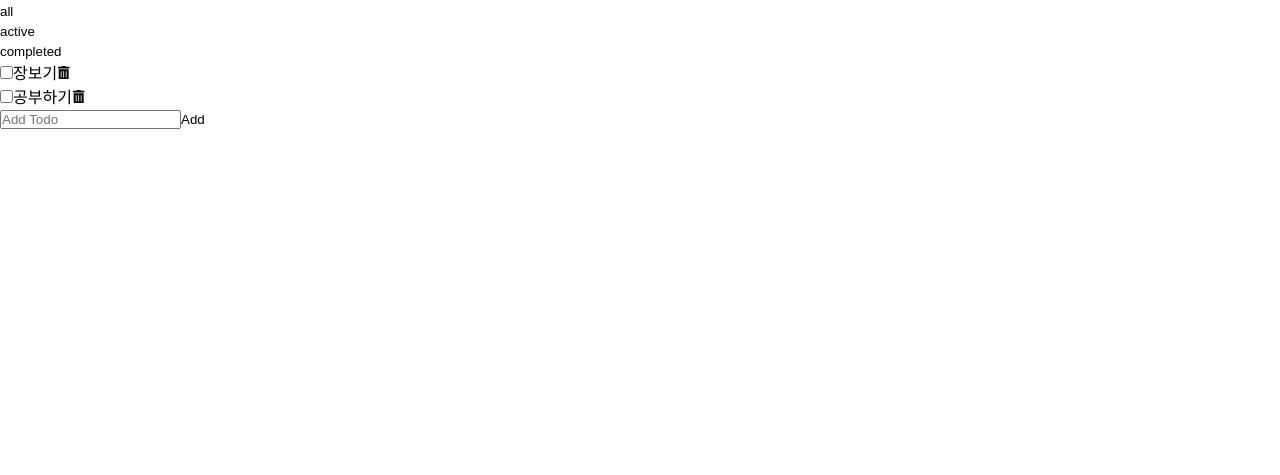
Repository: MrJinkyu/TodoList
Page: /
These files come from the project's save history. The page is drawn as it stood at one moment and after the next save; the edit follows.
The browser window is 1280 px wide. The pictures show the whole page.
The project was rebuilt for these pictures with package versions that can differ from the ones it lists, and the page was loaded fresh each time.

Above is the page before, as saved 2023-05-01 14:31:14.

After the next save:
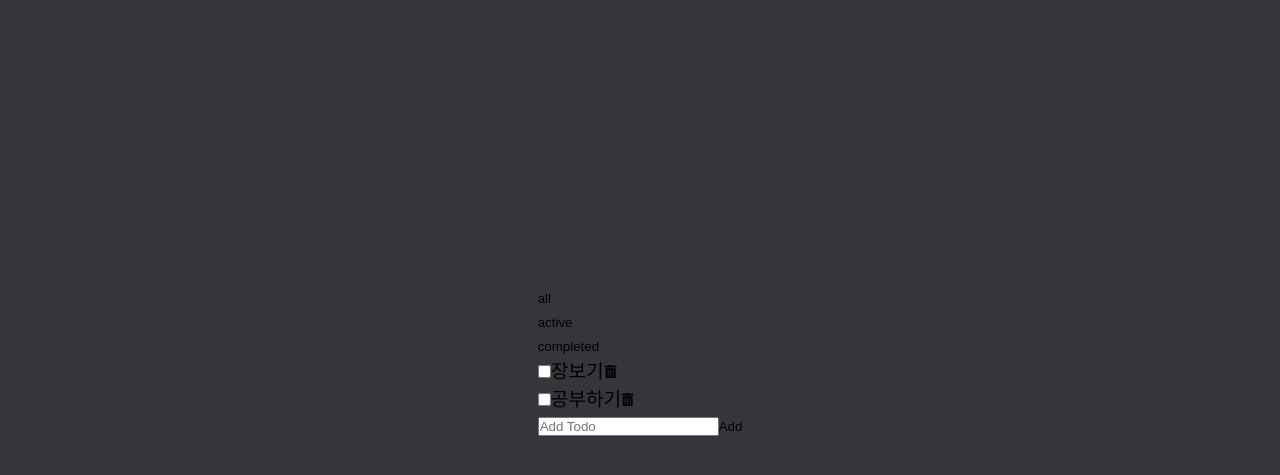
Saved 51 s later.
--- a/src/index.css
+++ b/src/index.css
@@ -1,3 +1,14 @@
+:root{
+  --color-body: #35363A;
+  --color-bg-dark:#f5f5f5;
+  --color-bg: #fdfffd;
+  --color-grey: #d1d1d1;
+  --color-text: #22243b;
+  --color-accent: #f16e03;
+  --color-white: white;
+  --color-scrollbar: #aaa7a7;
+}
+
 *{
   box-sizing: border-box;
   padding: 0;
@@ -22,6 +33,13 @@ body {
     sans-serif;
   -webkit-font-smoothing: antialiased;
   -moz-osx-font-smoothing: grayscale;
+  width: 100vw;
+  height: 100vh;
+  display: flex;
+  justify-content: center;
+  align-items: center;
+  background-color: var(--color-body);
+  font-size: 1.2rem;
 }
 
 code {
